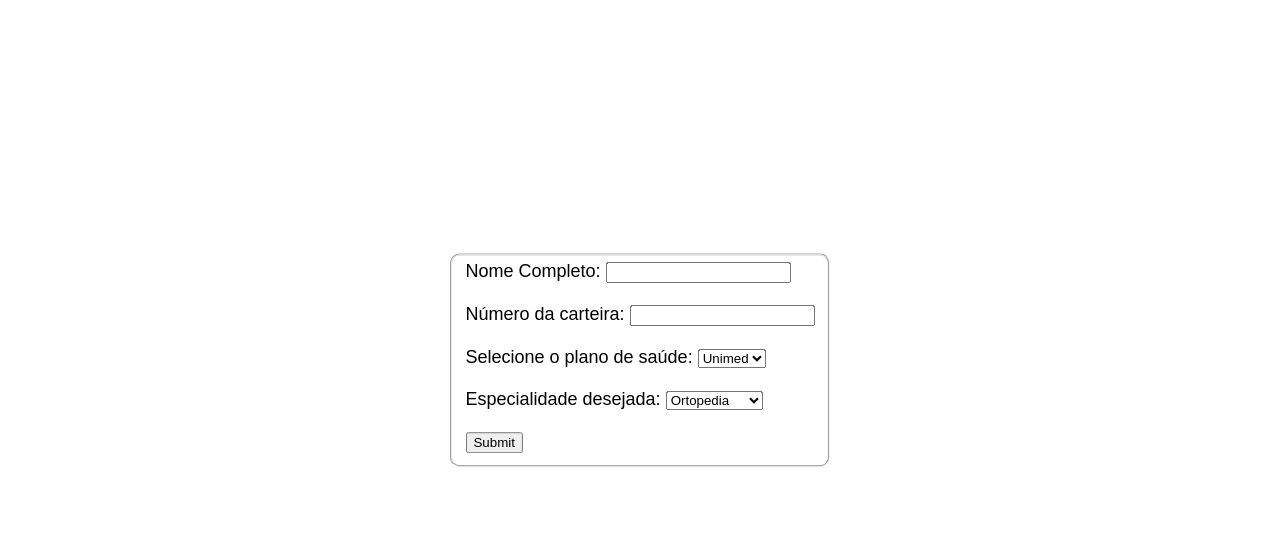
Repository: ohenriquesouza/HospitalCRUD-using-JavaEE
Page: JSP_test/src/main/webapp/novaConsulta.html
An editor plug-in stored every save of this project. The page is shown before and after the next save, followed by the edit.
The browser window is 1280 px wide. The pictures show the whole page.

Above is the page before, as saved 2022-12-27 16:21:23.

After the next save:
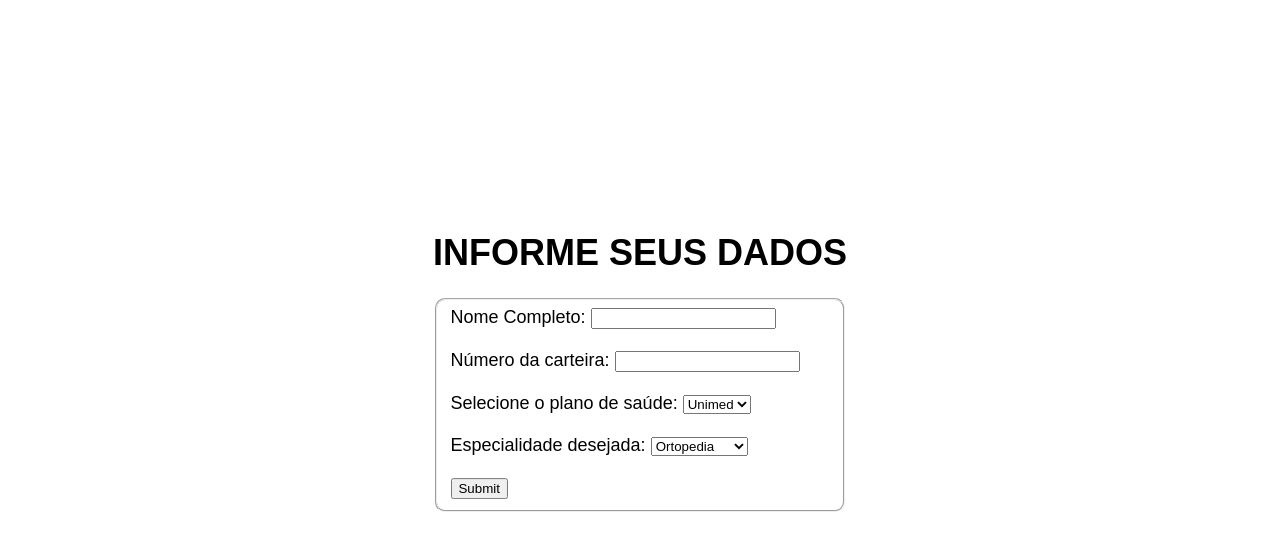
Saved 27 s later.
--- a/JSP_test/src/main/webapp/novaConsulta.html
+++ b/JSP_test/src/main/webapp/novaConsulta.html
@@ -26,9 +26,9 @@
     </head>
     <body>
         <div class="box">
+        	<h1>INFORME SEUS DADOS</h1>
             <form action="">
                 <fieldset>
-
                     <div class="input_box">
                         <label for="nome">Nome Completo:</label>
                         <input type="text" name="nome" id="nome" class="input_name" required></input>
